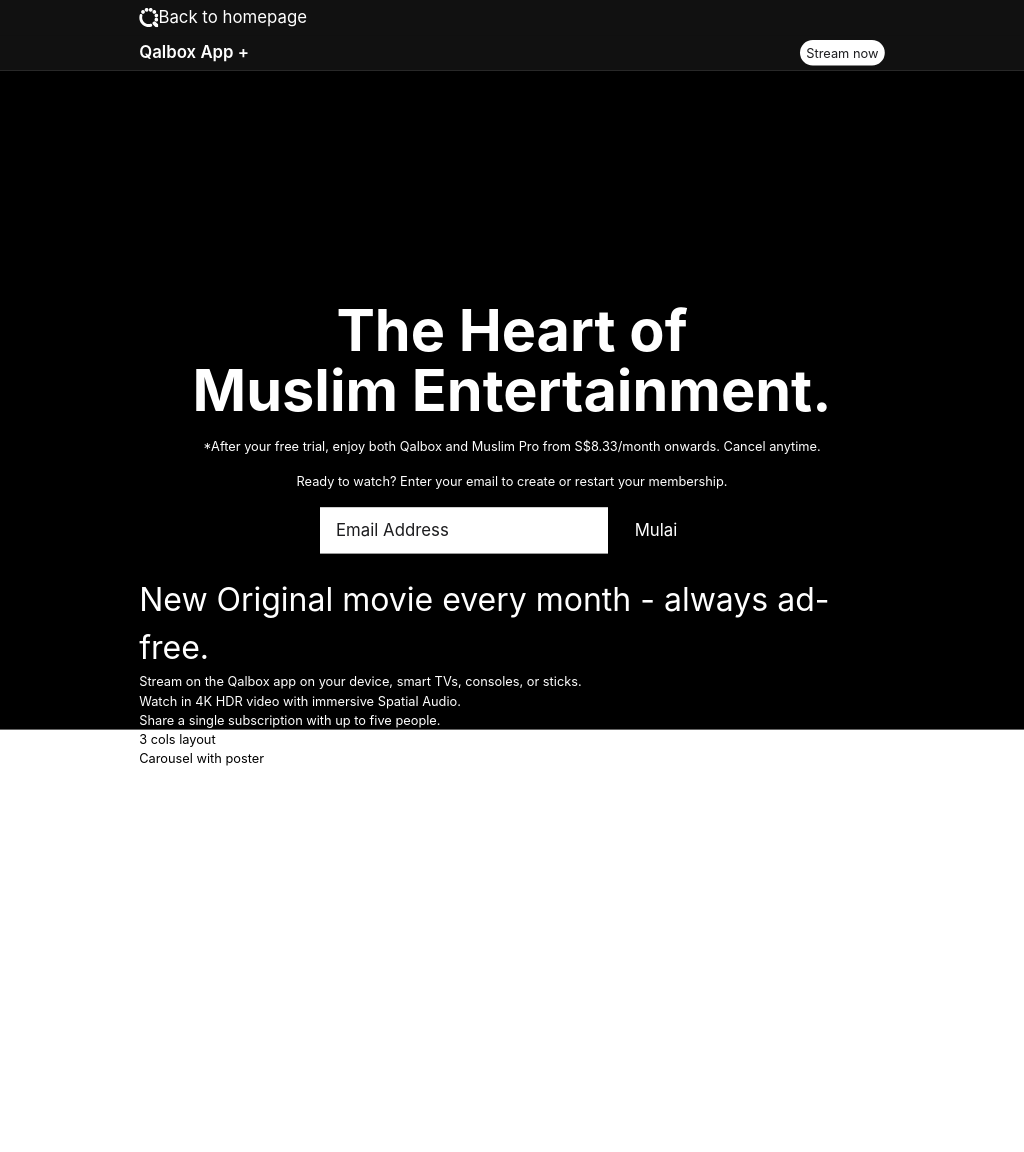
Repository: iqmalr/qalbox-rebuild
Page: /
These files come from the project's save history. The page is drawn as it stood at one moment and after the next save; the edit follows.
The browser window is 1280 px wide. The pictures show the whole page, at 80% of full size.
Some web fonts or font styles are not loaded; a fallback is used. The project was rebuilt for these pictures with package versions that can differ from the ones it lists, and the page was loaded fresh each time. Also part of the build but not shown: vite.config.ts. Imported but missing from the stored project, and not drawn on this page: src/assets/Hero.mp4.

Above is the page before, as saved 2024-09-16 13:49:36.

### src/App.tsx
import { CustomContainer } from "./components/CustomContainer";
import { Headers } from "./components/Headers";
import { Hero } from "./components/sections/Hero";
import { USPS } from "./components/sections/USPS";

function App() {
  return (
    <>
      <Headers />
      <main>
        <div className="bg-background">
          <Hero />
          <USPS />
        </div>
        <div>
          <CustomContainer>3 cols layout</CustomContainer>
        </div>
        <div>
          <CustomContainer>Carousel with poster</CustomContainer>
        </div>
      </main>
    </>
  );
}

export default App;

### src/index.css
@tailwind base;
@tailwind components;
@tailwind utilities;
@font-face {
  font-family: "SF Pro Display";
  src: url("/assets/font/SFProDisplay-Regular.ttf") format("truetype");
  font-weight: 400;
  font-style: normal;
}

@font-face {
  font-family: "SF Pro Display";
  src: url("/assets/fonts/SFProDisplay-Bold.ttf") format("truetype");
  font-weight: 700;
  font-style: normal;
}

body {
  font-family: "SF Pro Display", sans-serif;
}
@layer {
  :root {
    --header-row-height: 44px;
    --header-height: calc(var(--header-row-height) * 2);
    --hero-height: calc(100svh - var(--header-height));
  }
}

### src/components/CustomContainer.tsx
import React from "react";
import { twMerge } from "tailwind-merge";
type Props = {
  children: React.ReactNode;
  className?: string;
};

export const CustomContainer = ({ children, className }: Props) => {
  return (
    <div className={twMerge("mx-auto max-w-[980px] px-6", className)}>
      {children}
    </div>
  );
};

### src/components/Headers.tsx
import QalboxSVGIcon from "../assets/QalboxSVG";
import { Button } from "./Button";
import { CustomContainer } from "./CustomContainer";

export const Headers = () => {
  return (
    <>
      <header className="top-0 z-20 bg-backgroundContrast text-white">
        <CustomContainer className="flex h-[--header-row-height] items-center">
          <a
            href="/"
            className="-ml-6 flex h-[--header-row-height] items-center px-6 text-21"
          >
            <QalboxSVGIcon />
            <span>Back to homepage</span>
          </a>
        </CustomContainer>
      </header>
      <div className="sticky top-0 z-20 bg-backgroundContrast text-white">
        <CustomContainer className="flex h-[--header-row-height] items-center justify-between">
          <p className="text-21 font-semibold">Qalbox App +</p>
          <Button size="small">Stream now</Button>
        </CustomContainer>
      </div>
    </>
  );
};

### src/components/sections/Hero.tsx
import { motion, useScroll, useTransform } from "framer-motion";
import { lazy, useEffect, useRef } from "react";
import videoSrc from "../../assets/Hero.mp4";
const CustomContainer = lazy(() =>
  import("../CustomContainer").then((module) => ({
    default: module.CustomContainer,
  })),
);
export const Hero = () => {
  const videoContainerRef = useRef<HTMLDivElement>(null);
  const videoRef = useRef<HTMLVideoElement>(null);

  const { scrollYProgress } = useScroll({
    target: videoContainerRef,
    offset: ["start start", "end end"],
  });
  const opacity = useTransform(scrollYProgress, [0, 0.7, 1], [1, 1, 0]);

  useEffect(() => {
    const videoContainer = videoContainerRef.current;
    const video = videoRef.current;
    if (!videoContainer || !video) return;

    const observer = new IntersectionObserver(
      (entries) => {
        entries.forEach((entry) => {
          if (entry.isIntersecting) {
            video.play().catch(() => {
              console.error("Autoplay was prevented");
            });
          } else {
            video.pause();
          }
        });
      },
      { threshold: 0.5 },
    );

    observer.observe(videoContainer);

    return () => {
      observer.unobserve(videoContainer);
    };
  }, []);
  return (
    <div className="relative bg-background text-white">
      <motion.div
        style={{ opacity }}
        ref={videoContainerRef}
        className="absolute -top-[--header-height] left-0 h-[200vh] w-full"
      >
        <video
          ref={videoRef}
          className="sticky top-0 h-screen w-full object-cover"
          src={videoSrc}
          muted
          playsInline
          loop
        />
      </motion.div>
      <CustomContainer className="relative z-10 h-[--hero-height] pb-7">
        <motion.div
          className="flex h-full flex-col items-center justify-end text-center"
          variants={{
            hidden: { opacity: 0 },
            visible: { opacity: 1 },
          }}
          whileInView="visible"
          exit="hidden"
          animate="hidden"
          viewport={{ amount: 0.98 }}
        >
          <h1 className="mb-5 text-40 font-bold md:text-72">
            The Heart of <br />
            Muslim Entertainment.
          </h1>
          <h1 className="mb-5">
            *After your free trial, enjoy both Qalbox and Muslim Pro from
            S$8.33/month onwards. Cancel anytime.
          </h1>
          <h1 className="mb-5">
            Ready to watch? Enter your email to create or restart your
            membership.
          </h1>
          <div className="flex h-[58px] w-[480px] flex-row text-21">
            <div className="flex basis-3/4 items-center bg-white text-textBlack">
              <p className="p-5">Email Address</p>
              <p></p>
            </div>
            <button className="basis-1/4 bg-primary">Mulai</button>
          </div>
        </motion.div>
      </CustomContainer>
    </div>
  );
};

### src/components/sections/USPS.tsx
import { CustomContainer } from "../CustomContainer";

export const USPS = () => {
  return (
    <CustomContainer className="text-40 text-white">
      <p className="text-40">
        New Original movie every month - always ad-free.
      </p>
      <p>
        Stream on the Qalbox app on your device, smart TVs, consoles, or sticks.
      </p>
      <p>Watch in 4K HDR video with immersive Spatial Audio.</p>
      <p>Share a single subscription with up to five people.</p>
    </CustomContainer>
  );
};

### src/assets/icons/QalboxSVG.tsx
const QalboxSVGIcon = () => {
  return (
    <svg
      width="24"
      height="24"
      viewBox="0 0 24 24"
      fill="none"
      xmlns="http://www.w3.org/2000/svg"
    >
      <path
        id="Vector_2"
        d="M6.37981 3.25561C7.28357 4.15908 7.28357 5.61977 6.37981 6.52325C5.47606 7.42673 4.01493 7.42673 3.11117 6.52325C2.20742 5.61977 2.20742 4.15908 3.11117 3.25561C4.01493 2.35213 5.47606 2.35611 6.37981 3.25561ZM19.2673 13.962C18.9368 15.1958 19.6694 16.4615 20.8996 16.7918C22.1338 17.1222 23.3998 16.3899 23.7303 15.16C24.0607 13.9262 23.3282 12.6605 22.098 12.3302C20.8638 11.9998 19.5977 12.7322 19.2673 13.962ZM19.2673 9.97796C19.5977 11.2118 20.8638 11.9401 22.098 11.6098C23.3322 11.2794 24.0607 10.0138 23.7303 8.77995C23.3998 7.54613 22.1338 6.81778 20.8996 7.14812C19.6654 7.47847 18.9368 8.74413 19.2673 9.97796ZM17.2726 6.52325C18.1764 7.42673 19.6375 7.42673 20.5413 6.52325C21.445 5.61977 21.445 4.15908 20.5413 3.25561C19.6375 2.35213 18.1764 2.35213 17.2726 3.25561C16.3689 4.15908 16.3689 5.62375 17.2726 6.52325ZM8.63322 0.067566C7.39902 0.397912 6.67045 1.66358 7.00089 2.8974C7.33134 4.13122 8.59739 4.85958 9.83159 4.52923C11.0658 4.19888 11.7944 2.93322 11.4639 1.6994C11.1335 0.469554 9.86742 -0.26278 8.63322 0.067566ZM13.8208 4.52923C15.055 4.85958 16.3211 4.12724 16.6515 2.8974C16.982 1.66358 16.2494 0.397912 15.0192 0.067566C13.789 -0.26278 12.519 0.469554 12.1885 1.6994C11.8541 2.93322 12.5866 4.19888 13.8208 4.52923ZM23.8099 21.3331C23.8099 20.6844 23.5949 20.4694 22.934 19.8087L20.5413 17.4167C19.6375 16.5132 18.1764 16.5132 17.2726 17.4167C16.3689 18.3202 16.3689 19.7809 17.2726 20.6844L19.6654 23.0764C20.3263 23.7371 20.5453 23.952 21.1902 23.952H23.0375C23.4635 23.952 23.8059 23.6057 23.8059 23.1838L23.8099 21.3331ZM6.41166 3.29939C7.31144 4.19888 7.31144 5.65559 6.41166 6.55509C5.51189 7.45459 4.05474 7.45459 3.15497 6.55509C2.25519 5.65559 2.25519 4.19888 3.15497 3.29939C4.05076 2.39989 5.51189 2.39989 6.41166 3.29939ZM19.2513 13.97C18.9209 15.1998 19.6495 16.4615 20.8797 16.7879C22.1099 17.1182 23.372 16.3899 23.6984 15.16C24.0289 13.9302 23.3003 12.6685 22.0701 12.3421C20.8438 12.0118 19.5818 12.7401 19.2513 13.97ZM19.2513 9.99786C19.5818 11.2277 20.8438 11.9561 22.0701 11.6257C23.3003 11.2954 24.0289 10.0337 23.6984 8.80781C23.368 7.58195 22.1059 6.84962 20.8797 7.17996C19.6534 7.50633 18.9249 8.76801 19.2513 9.99786ZM17.2647 6.55509C18.1644 7.45459 19.6216 7.45459 20.5214 6.55509C21.4211 5.65559 21.4211 4.19888 20.5214 3.29939C19.6216 2.39989 18.1644 2.39989 17.2647 3.29939C16.3649 4.19888 16.3649 5.65559 17.2647 6.55509ZM8.65711 0.123287C7.42689 0.453634 6.69832 1.71532 7.02876 2.94118C7.35921 4.16704 8.62128 4.89938 9.84752 4.56903C11.0777 4.23869 11.8063 2.977 11.4759 1.75114C11.1494 0.521295 9.88733 -0.207059 8.65711 0.123287ZM13.8248 4.56903C15.055 4.89938 16.3171 4.17102 16.6436 2.94118C16.9701 1.71134 16.2455 0.449654 15.0152 0.123287C13.785 -0.207059 12.5229 0.521295 12.1965 1.75114C11.87 2.98098 12.5946 4.24267 13.8248 4.56903ZM23.782 21.3132C23.782 20.6684 23.5671 20.4535 22.9062 19.7928L20.5214 17.4088C19.6216 16.5093 18.1644 16.5093 17.2647 17.4088C16.3649 18.3083 16.3649 19.765 17.2647 20.6645L19.6495 23.0485C20.3104 23.7092 20.5253 23.9241 21.1703 23.9241H23.0137C23.4357 23.9241 23.782 23.5819 23.782 23.156V21.3132ZM14.9038 23.3988C15.8871 23.1361 16.4684 22.1252 16.2056 21.1421C15.9429 20.159 14.9316 19.5779 13.9482 19.8406C12.5906 20.2028 11.1534 20.2107 9.79178 19.8605C8.39435 19.4983 7.10839 18.766 6.08122 17.7351C5.05404 16.7083 4.3175 15.4267 3.95919 14.0257C3.60883 12.6645 3.61281 11.2317 3.97511 9.87447C4.23788 8.8914 3.65263 7.88046 2.66925 7.62175C1.68587 7.35907 0.674621 7.94414 0.415837 8.92722C-0.109694 10.8934 -0.117657 12.9789 0.391949 14.9491C0.917479 16.9829 1.98447 18.8456 3.47745 20.3381C4.97043 21.8306 6.83766 22.8973 8.8721 23.4227C9.84354 23.6734 10.8389 23.7968 11.8342 23.7968C12.8693 23.8008 13.9005 23.6654 14.9038 23.3988Z"
        fill="currentColor"
      />
    </svg>
  );
};

export default QalboxSVGIcon;

### src/components/Button.tsx
import { twMerge } from "tailwind-merge";

type Props = {
  children: React.ReactNode;
  size?: "small" | "medium" | "large";
  className?: string;
};
export const Button = ({ children, size = "medium", className }: Props) => {
  const sizeClassNames: Record<"small" | "medium" | "large", string> = {
    // 12px
    small: "text-xs px-2 py-1",
    // 14px
    medium: "text-sm px-5 py-3",
    // 17px
    large: "text-lg px-8 py-5",
  };
  return (
    <button
      className={twMerge(
        "rounded-full bg-white text-textBlack",
        sizeClassNames[size],
        className,
      )}
    >
      {children}
    </button>
  );
};

### tailwind.config.ts
/** @type {import('tailwindcss').Config} */
export default {
  content: ["./index.html", "./src/**/*.{js,ts,jsx,tsx}"],
  theme: {
    colors: {
      background: "#000",
      backgroundContrast: "#111",
      textBlack: "#1d1d1f",
      white: "#fff",
    },
    fontFamily: {
      sans: ["SF Pro Display"],
    },
    fontSize: {
      "12": "0.75rem",
      "14": "0.875rem",
      "17": "1.0625rem",
      "19": ["1.1875rem", "1.21"],
      "21": "1.3125rem",
      "24": "1.5rem",
      "28": "1.75rem",
      "40": "2.5rem",
      "72": ["4.5rem", "1.05"],
    },
    extend: {},
  },
  plugins: [],
};

Loaded but not shown: index.html (common file); src/main.tsx (common file)

After the next save:
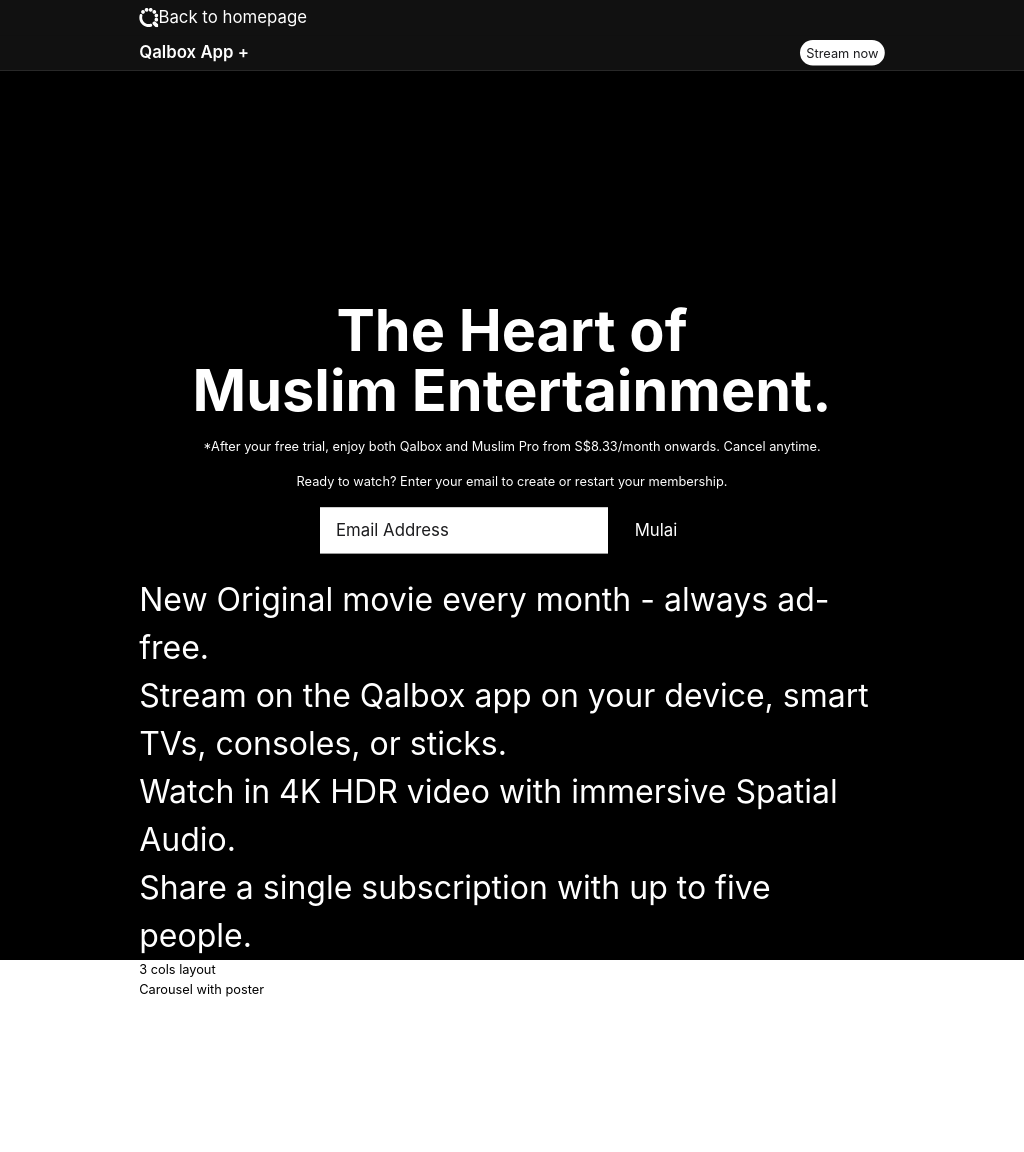
Saved 15 s later.
--- a/src/components/sections/USPS.tsx
+++ b/src/components/sections/USPS.tsx
@@ -6,11 +6,15 @@
       <p className="text-40">
         New Original movie every month - always ad-free.
       </p>
-      <p>
+      <p className="text-40">
         Stream on the Qalbox app on your device, smart TVs, consoles, or sticks.
       </p>
-      <p>Watch in 4K HDR video with immersive Spatial Audio.</p>
-      <p>Share a single subscription with up to five people.</p>
+      <p className="text-40">
+        Watch in 4K HDR video with immersive Spatial Audio.
+      </p>
+      <p className="text-40">
+        Share a single subscription with up to five people.
+      </p>
     </CustomContainer>
   );
 };
